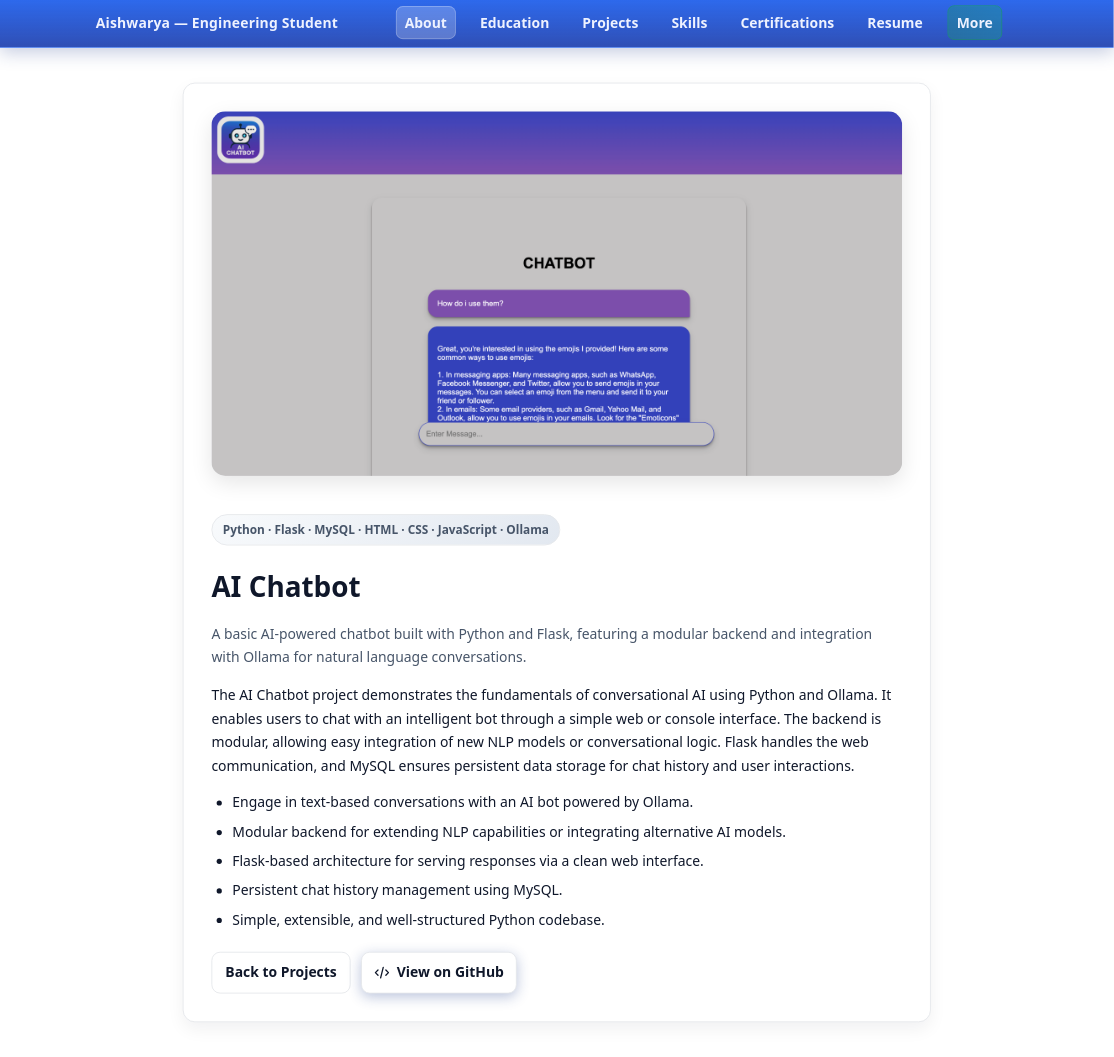
Repository: aishwarya-41/personal_portfolio
Page: /projects/ai-chatbot
These files come from the project's save history. The page is drawn as it stood at one moment and after a run of saves; the edit follows.
The browser window is 1280 px wide. The pictures show the whole page, at 87% of full size.
The project was rebuilt for these pictures with package versions that can differ from the ones it lists, and the page was loaded fresh each time. Also part of the build but not shown: vite.config.js, src/components/Hero.jsx, src/components/About.jsx, src/components/Education.jsx, src/components/Projects.jsx, src/components/Skills.jsx, src/components/Certifications.jsx, src/components/Resume.jsx and 7 more.

Above is the page before, as saved 2025-11-01 12:00:29.

After the next 3 saves:
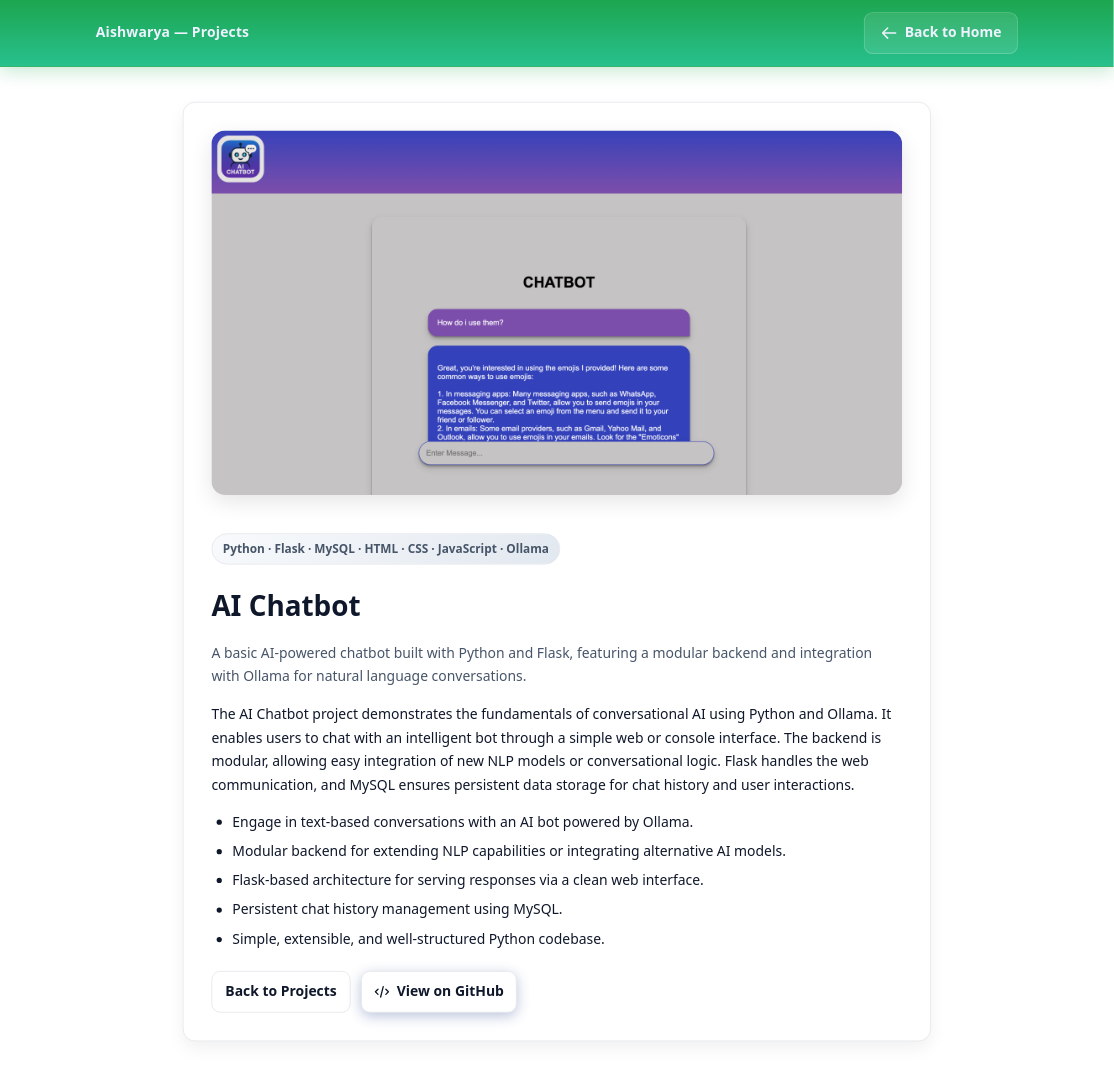
The 3 saves are shown as one change because they came seconds apart.
The last was saved 47 s later.
--- a/src/projects/ProjectDetails.jsx
+++ b/src/projects/ProjectDetails.jsx
@@ -1,6 +1,7 @@
 import { Link, useParams, useNavigate } from 'react-router-dom'
 import { PROJECTS } from '../components/Projects.jsx'
 import Header from '../components/Header.jsx'
+import ProjectsHeader from '../components/ProjectsHeader.jsx'
 
 export default function ProjectDetails() {
   const { projectId } = useParams()
@@ -41,7 +42,7 @@ export default function ProjectDetails() {
 
   return (
     <div className="app-container">
-      <div className="details-header details-header--alt"><Header /></div>
+      <div className="details-header details-header--alt"><ProjectsHeader /></div>
       <div className="project-detail-container">
         <div className="card-surface project-detail-card">
 
